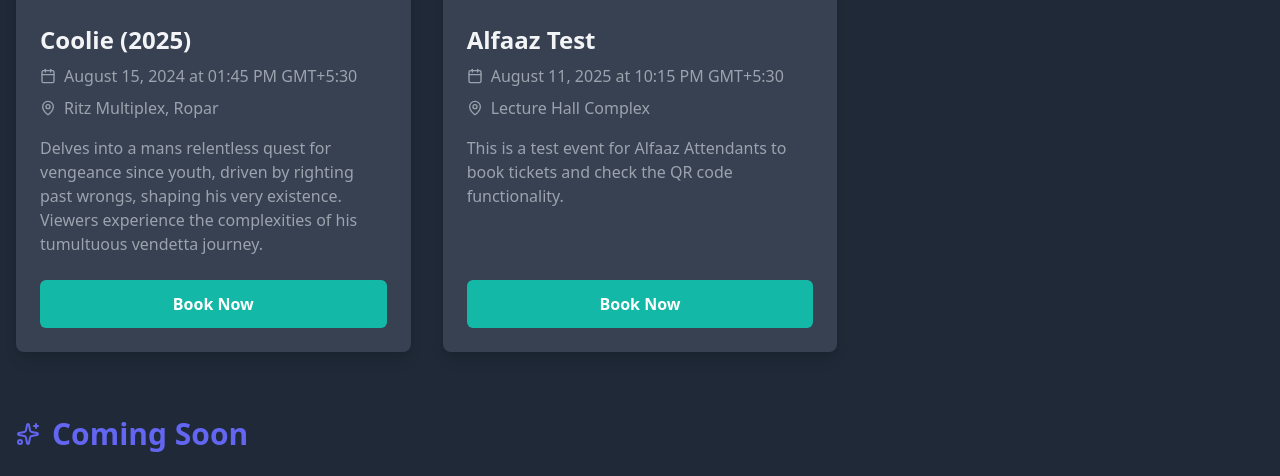
Repository: Dhakshin2007/QrGo
Page: /
These files come from the project's save history. The page is drawn as it stood at one moment and after the next save; the edit follows.
The browser window is 1280 px wide. The pictures show the part of the page from y = 568 to 1044 px (the page is 2268 px tall before and 2352 px after).
Pictures or frames that could not be fetched are drawn as grey boxes. Some web libraries are served in a nearby version. The project was rebuilt for these pictures with package versions that can differ from the ones it lists, and the page was loaded fresh each time. Also part of the build but not shown: vite.config.ts, pages/BookingPage.tsx, components/TicketCard.tsx, pages/MyTicketsPage.tsx, services/aiService.ts, pages/AdminPage.tsx, pages/PrivacyPolicyPage.tsx.

Above is the page before, as saved 2025-08-12 14:44:18.

After the next save:
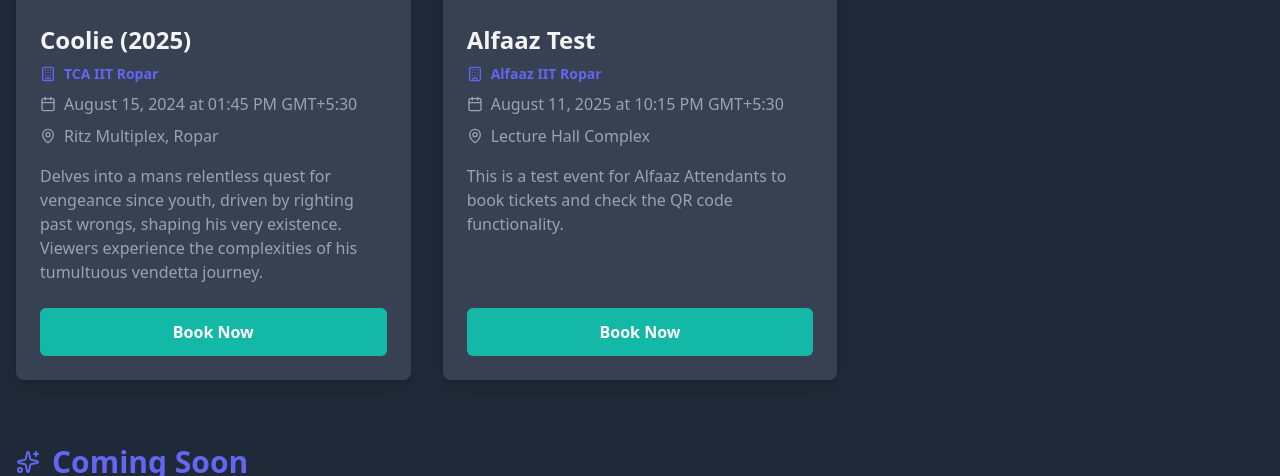
Saved 10 s later.
--- a/components/EventCard.tsx
+++ b/components/EventCard.tsx
@@ -3,7 +3,8 @@
 import React from 'react';
 import * as ReactRouterDOM from 'react-router-dom';
 import { Event, EventStatus } from '../types';
-import { Calendar, MapPin } from 'lucide-react';
+import { Calendar, MapPin, Building } from 'lucide-react';
+import { ORGANIZERS } from '../contexts/AuthContext';
 
 interface EventCardProps {
   event: Event;
@@ -11,12 +12,19 @@
 
 const EventCard: React.FC<EventCardProps> = ({ event }) => {
   const isOngoing = event.status === EventStatus.Ongoing;
+  const organizer = ORGANIZERS.find(o => o.id === event.organizerId);
 
   return (
     <div className="bg-surface rounded-lg overflow-hidden shadow-lg hover:shadow-primary/50 transition-shadow duration-300 flex flex-col">
       <img src={event.image} alt={event.name} className="w-full h-48 object-cover" />
       <div className="p-6 flex flex-col flex-grow">
         <h3 className="text-2xl font-bold mb-2 text-on-surface">{event.name}</h3>
+        {organizer && (
+          <div className="flex items-center gap-2 text-sm text-accent mb-2 font-semibold">
+            <Building size={16} />
+            <span>{organizer.name}</span>
+          </div>
+        )}
         <div className="flex items-center gap-2 text-on-surface-secondary mb-2">
           <Calendar size={16} />
           <span>{new Date(event.date).toLocaleString('en-US', { year: 'numeric', month: 'long', day: 'numeric', hour: '2-digit', minute: '2-digit', timeZone: 'Asia/Kolkata', timeZoneName: 'short' })}</span>
